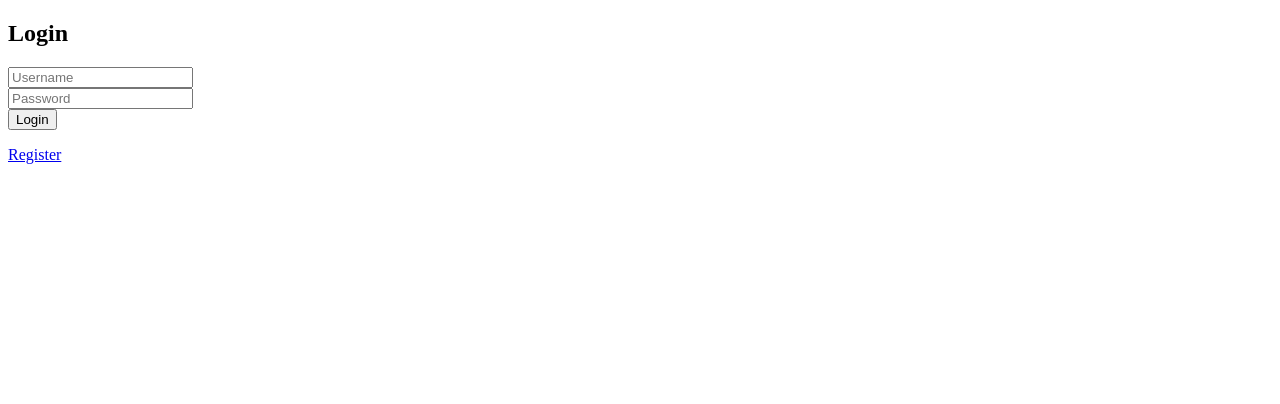
Repository: sakshishinde23/ISS-Assignment
Page: http://localhost/simpleWebApp/login.jsp
The author's editor kept a copy of each file at every save. The page is drawn from the files as they stood at one save, then again after the next save.
The browser window is 1280 px wide. The pictures show the whole page.
The page is served by Tomcat 10.

Above is the page before, as saved 2024-06-10 07:04:30.
Not found: simpleLogin/simpleWebApp/simpleWebApp/css/styles.css

After the next save:
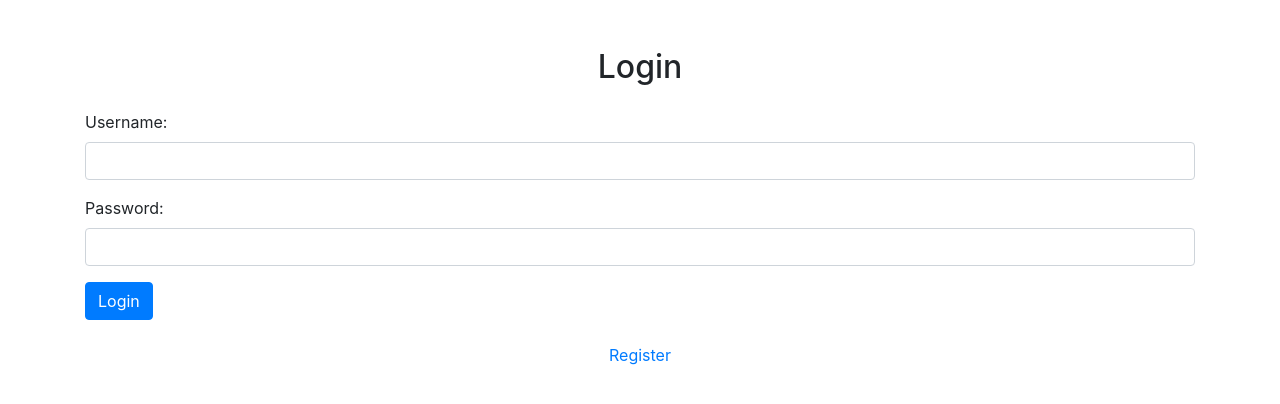
Saved 10 s later.
--- a/simpleLogin/simpleWebApp/src/main/webapp/login.jsp
+++ b/simpleLogin/simpleWebApp/src/main/webapp/login.jsp
@@ -4,7 +4,7 @@
 <head>
     <meta charset="UTF-8">
     <title>Login</title>
-    <link rel="stylesheet" type="text/css" href="css/styles.css">
+    <link rel="stylesheet" href="https://stackpath.bootstrapcdn.com/bootstrap/4.5.2/css/bootstrap.min.css">
     <script>
         function validateForm() {
             var username = document.forms["loginForm"]["username"].value;
@@ -18,15 +18,23 @@
     </script>
 </head>
 <body>
-    <div class="container">
-        <h2>Login</h2>
-        <form name="loginForm" action="Login" method="post" onsubmit="return validateForm()">
-            <input type="text" name="username" placeholder="Username"><br>
-            <input type="password" name="password" placeholder="Password"><br>
-            <input type="submit" value="Login">
+    <div class="container mt-5">
+        <h2 class="text-center">Login</h2>
+        <form name="loginForm" action="Login" method="post" onsubmit="return validateForm()" class="mt-4">
+            <div class="form-group">
+                <label for="username">Username:</label>
+                <input type="text" class="form-control" id="username" name="username">
+            </div>
+            <div class="form-group">
+                <label for="password">Password:</label>
+                <input type="password" class="form-control" id="password" name="password">
+            </div>
+            <button type="submit" class="btn btn-primary">Login</button>
         </form>
-        <p class="errorMessage">${errorMessage}</p>
-        <a href="register.jsp">Register</a>
+        <p class="text-danger mt-3">${errorMessage}</p>
+        <div class="text-center mt-2">
+            <a href="register.jsp" class="btn btn-link">Register</a>
+        </div>
     </div>
 </body>
 </html>
